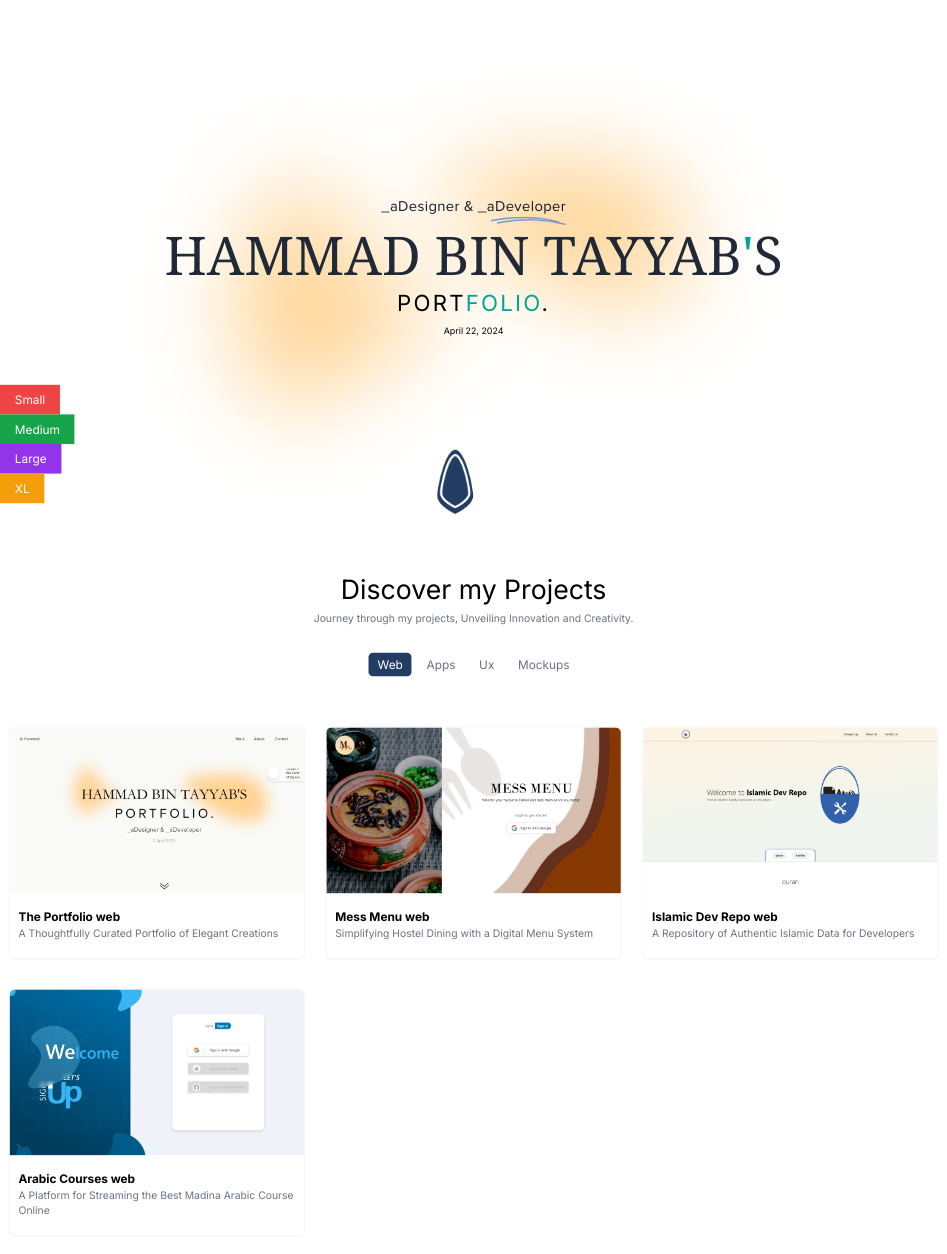
Repository: SpicierEwe/my_portfolio_v2
Page: /
The author's editor kept a copy of each file at every save. The page is drawn from the files as they stood at one save, then again after the next save.
The browser window is 1280 px wide. The pictures show the whole page, at 74% of full size.
The project was rebuilt for these pictures with package versions that can differ from the ones it lists, and the page was loaded fresh each time. The framework's server and built-in components were replaced by stand-ins that run in the browser. Also part of the build but not shown: next.config.js, core/utils/customIcons.js, core/utils/utils.tsx, core/db/sub_db_data/ux_db.js.

Above is the page before, as saved 2024-04-22 12:37:52.

### app/page.tsx
import DevicePreview from "@/Components/Device_preview/device_preview";
import HeroSection from "@/Components/Hero_section/hero_section";
import WorkSection from "@/Components/Work_section/work_section";
import Image from "next/image";

export default function Home() {
  return (
    <main>
      <div className="absolute z-30 overflow-hidden bottom-0 ">
        <DevicePreview />
      </div>
      <div className="overflow-hidden">
        <HeroSection />
      </div>

      <WorkSection />
    </main>
  );
}

### app/globals.css
@layer base {

  @font-face {
    font-family: 'Garamond';
    src: url('../public/fonts/EBGaramond-VariableFont_wght.ttf');

  }

  @font-face {
    font-family: 'Proxima Nova';
    src: url('../public/fonts/MarkSimonsonProximaNovaRegular.otf');
    font-weight: normal;
    font-style: normal;
  }


  @font-face {
    font-family: "Rage";
    src: url("../public/fonts/rage.ttf");
  }
}

@tailwind base;
@tailwind components;
@tailwind utilities;

:root {
  --foreground-rgb: 0, 0, 0;
  --background-start-rgb: 214, 219, 220;
  --background-end-rgb: 255, 255, 255;

}

@media (prefers-color-scheme: dark) {
  :root {
    --foreground-rgb: 255, 255, 255;
    --background-start-rgb: 0, 0, 0;
    --background-end-rgb: 0, 0, 0;
  }
}

body {

  /* background: #F5F5F5; */
}

### Components/Device_preview/device_preview.tsx
"use client";

import { use, useEffect, useState } from "react";

export default function DevicePreview() {
  return (
    <main className="flex flex-col justify-end ">
      {/* xs */}
      <div className=" text-right ">
        <p className="xs:bg-brand-color w-min text-white px-5 py-2">XS</p>
      </div>
      {/* sm */}
      <div className=" text-right ">
        <p className="sm:bg-red-500 w-min text-white px-5 py-2">Small</p>
      </div>
      {/* md */}
      <div className=" text-right ">
        <p className="md:bg-green-600 w-min px-5 py-2 text-white">Medium</p>
      </div>
      {/* lg */}
      <div className=" text-right ">
        <p className="lg:bg-purple-600 w-min px-5 py-2 text-white">Large</p>
      </div>
      {/* xl */}
      <div className=" text-right ">
        <p className="xl:bg-amber-500 w-min px-5 py-2 text-white">XL</p>
      </div>
      {/* 2xl */}
      <div className=" text-right ">
        <p className="2xl:bg-cyan-600 w-min px-5 py-2 text-white">2XL</p>
      </div>
    </main>
  );
}

### Components/Hero_section/hero_section.tsx
import Image from "next/image";

export default function HeroSection() {
  const devName = "Hammad Bin Tayyab";

  return (
    <section className="w-screen h-dvh overflow-hidden relative">
      <div className="absolute backdrop-blur-2xl lg:backdrop-blur-3xl w-screen h-dvh"></div>
      <div className="absolute inset-0 -z-10 h-dvh items-center w-1/2 m-auto">
        <div className="flex justify-between items-center h-full ">
          <Image
            className="animate-levitate w-96"
            src={"/images/bgs/pattern_1.png"}
            alt="pattern image"
            height={115}
            width={115}
            priority={true}
          />

          <Image
            className="animate-levitate_reverse w-96"
            src={"/images/bgs/pattern_2.png"}
            alt="pattern image"
            height={125}
            width={125}
          />
        </div>
      </div>

      <div className="h-dvh flex flex-col items-center justify-center absolute inset-0">
        <div className="relative mb-3.5">
          <p className="font-custom_sans tracking-wide text-gray-900 text-md lg:text-xl">
            _aDesigner & _aDeveloper
          </p>

          {/* Underline image */}
          <svg
            className="right-0 absolute"
            xmlns="http://www.w3.org/2000/svg"
            width="101.479"
            height="11.258"
          >
            <g
              fill="none"
              stroke="#779ace"
              strokeWidth="2"
              data-name="Group 61"
            >
              <path
                d="M.178 5.277S26.342.564 49.428 1.045A191.867 191.867 0 0 1 92.52 7.201"
                data-name="Path 27"
              />
              <path
                d="M8.864 8.372s26.164-4.713 49.25-4.232a191.867 191.867 0 0 1 43.092 6.156"
                data-name="Path 28"
              />
            </g>
          </svg>
        </div>

        {/* Developer name */}
        <h1 className="font-garmond uppercase text-gray-800 text-3xl sm:text-5xl md:text-6xl xl:text-7xl xs:whitespace-wrap text-center">
          {devName}
          <span className="text-secondary-color">&apos;</span>s
        </h1>
        {/* Title */}
        <p className="uppercase tracking-widest text-2xl mt-2 lg:mt-3 lg:text-3xl">
          Port<span className="text-secondary-color">folio</span>.
        </p>
        {/* Date */}
        <p className="text-xs mt-3 lg:text-xs">{formatDate()}</p>
      </div>
      {/* Pointer image */}
      <Image
        className="absolute w-auto h-auto bottom-2 right-1/2 animate-bounce cursor-pointer"
        src={"/images/pointer.png"}
        height={15}
        width={15}
        alt="next section pointer"
      />
    </section>
  );

  // Date display function
  function formatDate(): string {
    const options: Intl.DateTimeFormatOptions = {
      day: "numeric",
      month: "long",
      year: "numeric",
    };
    return new Date().toLocaleDateString("en-US", options);
  }
}

### Components/Work_section/work_section.tsx
"use client";

import { db } from "../../core/db/db";
import Image from "next/image";
import Link from "next/link";
import { useState } from "react";

export default function WorkSection() {
  const navItems: string[] = Object.keys(db.portfolioItems);
  const [selectedNavItemIndex, setSelectedNavItemIndex] = useState<number>(0);
  return (
    <section className="">
      {/* header */}
      <header className="flex flex-col items-center pt-14 md:pt-14">
        <h2 className="text-center text-2xl md:text-3xl lg:text-4xl">
          Discover my Projects
        </h2>
        <p className="text-center text-sm mt-2.5 text-gray-500">
          Journey through my projects, Unveiling Innovation and Creativity.
        </p>
      </header>
      {/* nav */}
      <nav>
        <ul className="flex justify-center mt-9 gap-2 flex-wrap">
          {navItems.map((item, index) => {
            const isSelected: Boolean = selectedNavItemIndex == index;
            return (
              <li
                className={`${
                  isSelected ? "bg-brand-color" : ""
                } px-3 py-1 rounded-md cursor-pointer`}
                onClick={() => setSelectedNavItemIndex(index)}
                key={index}
              >
                <Link
                  href="#"
                  className={`${
                    isSelected ? "text-white" : "text-gray-500"
                  } capitalize`}
                >
                  {item}
                </Link>
              </li>
            );
          })}
        </ul>
      </nav>

      <main>
        {/* projects */}
        <div className="grid grid-cols-1 sm:grid-cols-2 lg:grid-cols-3 gap-7 mt-14 px-3 py-3 sm:px-14 md:px-24">
          {(db.portfolioItems as any)[navItems[selectedNavItemIndex]].map(
            (item: any, index: number) => {
              const selectedNavItemName: string =
                navItems[selectedNavItemIndex];
              const projectName: string = item["projectName"];
              const imageLink: string = item["imageLink"];
              const tagLine = item["projectTagLine"];
              return (
                <div
                  key={index}
                  className="cursor-pointer shadow-sm rounded-lg overflow-hidden mb-3 border border-gray-100 hover:bg-gray-100 hover:border-gray-300
                  transition transform duration-300 ease-in-out"
                >
                  <Image
                    className="" // Group-based scaling
                    src={imageLink}
                    alt={projectName}
                    height={200}
                    width={200}
                    layout="responsive"
                  />
                  <div className="ml-3 mb-6 mt-5">
                    <p className="font-bold">
                      {projectName} {selectedNavItemName}
                    </p>
                    <p className="text-gray-500 text-sm">{tagLine}</p>
                  </div>
                </div>
              );
            }
          )}
        </div>
      </main>
    </section>
  );
}

### core/db/db.js
import { websitesDb } from "./sub_db_data/websites_db";
import { appsDb } from "./sub_db_data/apps_db";
import { uxDb } from "./sub_db_data/ux_db";
import { mockupsDb } from "./sub_db_data/mockups_db";

export const db = {
  portfolioItems: {
    web: websitesDb,
    apps: appsDb,
    ux: uxDb,
    mockups: mockupsDb,
  },
};

### core/db/sub_db_data/websites_db.js
import { embedCustomLinks } from "../../utils/utils";

export const websitesDb = [
  {
    projectName: "The Portfolio",
    projectId: "e2f9658b-f9bb-4d2c-ac8c-113a56d9204f",
    projectTagLine: "A Thoughtfully Curated Portfolio of Elegant Creations",
    link: "https://hammadtayyab.vercel.app/",
    imageLink: "/images/websites/my_portfolio.png",
    info: "This portfolio project showcases a minimalist design, highlighting my work and skills with clarity and finesse. The aim was to provide a seamless user experience and intuitive navigation, creating a comprehensive and sophisticated display of my professional journey.",
    roles: [
      "Data Analyst",
      "Designer",
      "Developer",
      "Maintainer",
      "Product Manager",
      "Tester/Quality Assurance",
      "Researcher",
      "DevOps Engineer",
      "Technical Writer",
      "Project Manager",
    ],
    techStack: [
      "NextJs",
      "React",
      "TypeScript",
      "TailwindCSS",
      "HTML",
      "CSS",
      "JavaScript",
      "Git",
      "Vercel",
    ],
  },
  {
    projectId: "566ec8d6-4d5d-4f22-9580-2c574f7122fb",
    projectName: "Mess Menu",
    projectTagLine: "Simplifying Hostel Dining with a Digital Menu System",
    link: "https://messmenu.vercel.app/",
    imageLink: "/images/websites/mess_menu.png",
    info: "This project streamlines the process of hostel dining by offering a digital menu system for students. Monthly menus are curated through community voting, allowing students to have a say in their dining options. Originating from a friend's final year project, the focus was on user-centric design and functionality, ensuring a seamless experience for all users.",
    roles: [
      "Data Analyst",
      "Designer",
      "Developer",
      "Maintainer",
      "Product Manager",
      "Tester/Quality Assurance",
      "Researcher",
      "DevOps Engineer",
      "Technical Writer",
      "Project Manager",
    ],
    techStack: [
      "NextJs",
      "React",
      "HTML",
      "CSS",
      "JavaScript",
      "Git",
      "Vercel",
      "Firebase",
      "Firebase Auth",
    ],
  },
  {
    projectId: "e3a52953-0a4d-43c3-b874-bd55925f6a7e",
    projectName: "Islamic Dev Repo",
    projectTagLine: "A Repository of Authentic Islamic Data for Developers",
    link: "https://islamic-dev-repo.vercel.app/",
    imageLink: "/images/websites/islamic_dev_repo.png",
    info: "This project offers developers a curated repository of reliable Islamic data that can be seamlessly integrated into various applications. With a focus on authenticity and compatibility across multiple devices, this repository provides a trustworthy source of information for developers working on Islamic-related projects.",
    roles: [
      "Data Analyst",
      "Designer",
      "Developer",
      "Maintainer",
      "Product Manager",
      "Tester/Quality Assurance",
      "Researcher",
      "DevOps Engineer",
      "Technical Writer",
      "Project Manager",
    ],
    techStack: [
      "NextJs",
      "React",
      "HTML",
      "CSS",
      "JavaScript",
      "Git",
      "Vercel",
      "Python",
    ],
  },
  {
    projectId: "87693335-b9d6-434c-8428-5d8266482050",
    projectName: "Arabic Courses",
    projectTagLine:
      "A Platform for Streaming the Best Madina Arabic Course Online",
    link: "https://arabiccourses.vercel.app/",
    imageLink: "/images/websites/arabic_courses.png",
    info: `The goal of this project was to establish an online platform for the popular Madina Arabic course, allowing users to stream videos from the cloud and track their progress. Initially, the videos were only available for download, but this platform offers a more convenient streaming experience. You can learn more about the course at ${embedCustomLinks(
      {
        link: "https://abdurrahman.org/arabic-learning/dvds/",
        title: "AbdurRahman.Org",
      }
    )}. Arabic Courses enhances accessibility and convenience for users, making the learning process smoother and more enjoyable.`,
    roles: [
      "Data Analyst",
      "Designer",
      "Developer",
      "Maintainer",
      "Product Manager",
      "Tester/Quality Assurance",
      "Researcher",
      "DevOps Engineer",
      "Technical Writer",
      "Project Manager",
    ],
    techStack: [
      "NextJs",
      "React",
      "HTML",
      "CSS",
      "JavaScript",
      "Git",
      "Vercel",
      "Firebase",
      "Firebase Auth",
    ],
  },
];

### core/db/sub_db_data/apps_db.js
import { embedCustomLinks } from "../../utils/utils";

export const appsDb = [
  {
    projectId: "38384ae3-5586-40be-b025-c9c3ad1094ef",
    projectName: "al Qur'an",
    projectTagLine: "All about the Qur'an in one app.",

    link: "https://play.google.com/store/apps/details?id=com.spicierewe.al_quran",

    imageLink: "/images/apps/al_quran.png",

    info: `The "al Qur'an" app offers a comprehensive experience of the Qur'an for users around the world. It includes a wide range of translations in various languages, tafseer (exegesis), access to over 49 reciters and translators, and much more. All data is sourced from the reliable platform ${embedCustomLinks(
      { link: "https://quran.com", title: "quran.com" }
    )}.`,

    roles: [
      "Data Analyst",
      "Designer",
      "Developer",
      "Maintainer",
      "Product Manager",
      "Tester/Quality Assurance",
      "Researcher",
      "DevOps Engineer",
      "Technical Writer",
      "Project Manager",
    ],

    techStack: ["Flutter", "Dart", "Git", "Adobe XD"],

    platforms: ["Android"],
  },
  {
    projectId: "1eeb435f-acbd-41e8-b826-440959bb6a57",
    projectName: "Riddle Me",
    projectTagLine: "Riddle Me: Unraveling Minds, One Clue at a Time!",

    link: "https://play.google.com/store/apps/details?id=com.spicierewe.RiddleMe",

    imageLink: "/images/apps/riddle_me.png",

    info: "Riddle Me is an engaging and challenging game designed to test your intelligence and problem-solving skills. This game stimulates creative thinking and encourages you to approach problems from different perspectives.",

    roles: [
      "Data Analyst",
      "Designer",
      "Developer",
      "Maintainer",
      "Product Manager",
      "Tester/Quality Assurance",
      "Researcher",
      "DevOps Engineer",
      "Technical Writer",
      "Project Manager",
    ],

    techStack: ["Flutter", "Dart", "Git", "Adobe XD"],

    platforms: ["Android"],
  },
  {
    projectId: "2ae7005c-16e2-4fe5-b7b0-20f5f826321e",
    projectName: "Food Deals",
    projectTagLine: "Find the best food deals at your fingertips.",

    link: "https://play.google.com/store/apps/details?id=com.spicierewe.food_deals",

    imageLink: "/images/apps/food_deals.png",

    info: "Food Deals is an app that helps users discover the best offers and discounts on their favorite food delivery services. Save money and enjoy your favorite meals by comparing prices across different platforms.",

    roles: [
      "Data Analyst",
      "Designer",
      "Developer",
      "Maintainer",
      "Product Manager",
      "Tester/Quality Assurance",
      "Researcher",
      "DevOps Engineer",
      "Technical Writer",
      "Project Manager",
    ],

    techStack: ["Flutter", "Dart", "Git", "Adobe XD"],

    platforms: ["Android"],
  },
  {
    projectId: "627de94f-59b4-4f85-bcf4-df6fbf22714e",
    projectName: "Hadith Collection",
    projectTagLine: "Access authentic hadiths of the Prophet Muhammad (pbuh).",

    link: "https://play.google.com/store/apps/details?id=com.spicierewe.ahadith_collection",

    imageLink: "/images/apps/ahadith_collection.png",

    info: `The "Hadith Collection" app provides a comprehensive and authentic collection of hadiths of the Prophet Muhammad (pbuh). It includes data from various reputable sources such as ${embedCustomLinks(
      { link: "https://sunnah.com", title: "sunnah.com" }
    )} for Arabic and English, and ${embedCustomLinks({
      link: "https://github.com/pakjiddat/islam-companion-web-api",
      title: "islam-companion-web-api",
    })} for Urdu data.`,

    roles: [
      "Data Analyst",
      "Designer",
      "Developer",
      "Maintainer",
      "Product Manager",
      "Tester/Quality Assurance",
      "Researcher",
      "DevOps Engineer",
      "Technical Writer",
      "Project Manager",
    ],

    techStack: ["Flutter", "Dart", "Git", "Adobe XD"],

    platforms: ["Android"],
  },
  {
    projectId: "7468bdef-5b24-454e-ae99-dd0a558441d7",
    projectName: "Study Practice",
    projectTagLine: "Practice makes perfect.",

    link: "https://play.google.com/store/apps/details?id=com.spicierewe.study_practice",

    imageLink: "/images/apps/study_practice.png",

    info: "Study Practice is a study companion app designed to help students prepare for competitive exams such as NEET and JEE. The app offers past exam questions, mock tests, and real-time progress tracking along with official study material.",

    roles: [
      "Data Analyst",
      "Designer",
      "Developer",
      "Maintainer",
      "Product Manager",
      "Tester/Quality Assurance",
      "Researcher",
      "DevOps Engineer",
      "Technical Writer",
      "Project Manager",
    ],

    techStack: ["Flutter", "Dart", "Git", "Adobe XD"],

    platforms: ["Android"],
  },
];

### core/db/sub_db_data/mockups_db.js
export const mockupsDb = [
  {
    phone_mockup_links: [],
    other_mockup_links: [
      "/images/mockups/eat_healthy_mockup.svg",
      "/images/mockups/bot_mockup_theme_light.svg",
      "/images/mockups/bot_mockup_theme_dark.svg",
      "/images/mockups/the_perfume_lab_price_list.png",
      "/images/mockups/noraty_business_hero_section.svg",
      "/images/mockups/gr_showcase.png",
      "/images/mockups/just_moved_showcase.png",
      "/images/mockups/archer_product_design.png",
      "/images/mockups/the_connection_poster.png",
      "/images/mockups/social_flow_flyer.png",
      "/images/mockups/LVD_roll_up_banner.png",
      "/images/mockups/ATS_flyer.png",
    ],
  },
];

### tailwind.config.js
const { reverse } = require("dns");
const defaultTheme = require("tailwindcss/defaultTheme");

/** @type {import('tailwindcss').Config} */
module.exports = {
  content: [
    "./pages/**/*.{js,ts,jsx,tsx,mdx}",
    "./components/**/*.{js,ts,jsx,tsx,mdx}",
    "./app/**/*.{js,ts,jsx,tsx,mdx}",
    "./core/**/*.{js,ts,jsx,tsx,mdx}",
  ],
  theme: {
    extend: {
      screens: { xs: { max: "640px" } },

      maxWidth: {
        "120rem": "120rem",
      },

      backgroundImage: {
        "gradient-radial": "radial-gradient(var(--tw-gradient-stops))",
        "gradient-conic":
          "conic-gradient(from 180deg at 50% 50%, var(--tw-gradient-stops))",
      },

      colors: {
        "brand-color": "#223c63",
        "primary-color": "#ffffff",
        "secondary-color": "#00A699",
        "accent-color": "#779ace",
      },

      keyframes: {
        wiggle: {
          "0%, 100%": { transform: "rotate(-3deg)" },
          "50%": { transform: "rotate(3deg)" },
        },

        levitate: {
          "0%": { transform: "translateY(50px)" },
          "50%": { transform: "translateY(-30px)  scale(1.1)" },
          "100%": { transform: "translateY(50px)" },
        },
        levitate_reverse: {
          "0%": { transform: "translateY(-90px)" },
          "50%": { transform: "translateY(30px)  scale(1.1)" },
          "100%": { transform: "translateY(-90px)" },
        },
      },

      animation: {
        "spin-slow": "spin 3s linear infinite",
        wiggle: "wiggle 1s ease-in-out infinite",
        levitate: "levitate 5s ease-in-out infinite",
        levitate_reverse: "levitate_reverse 5s ease-in-out infinite reverse",
      },

      fontFamily: {
        garmond: ["Garmond", ...defaultTheme.fontFamily.serif],
        custom_sans: ["Proxima Nova", ...defaultTheme.fontFamily.sans],
      },

      height: {
        dvh: "100dvh",
      },
    },
  },

  variants: {
    backgroundColor: ["responsive", "hover", "focus", "active"],
  },

  plugins: [],
};

Loaded but not shown: app/layout.tsx (common file)

After the next save:
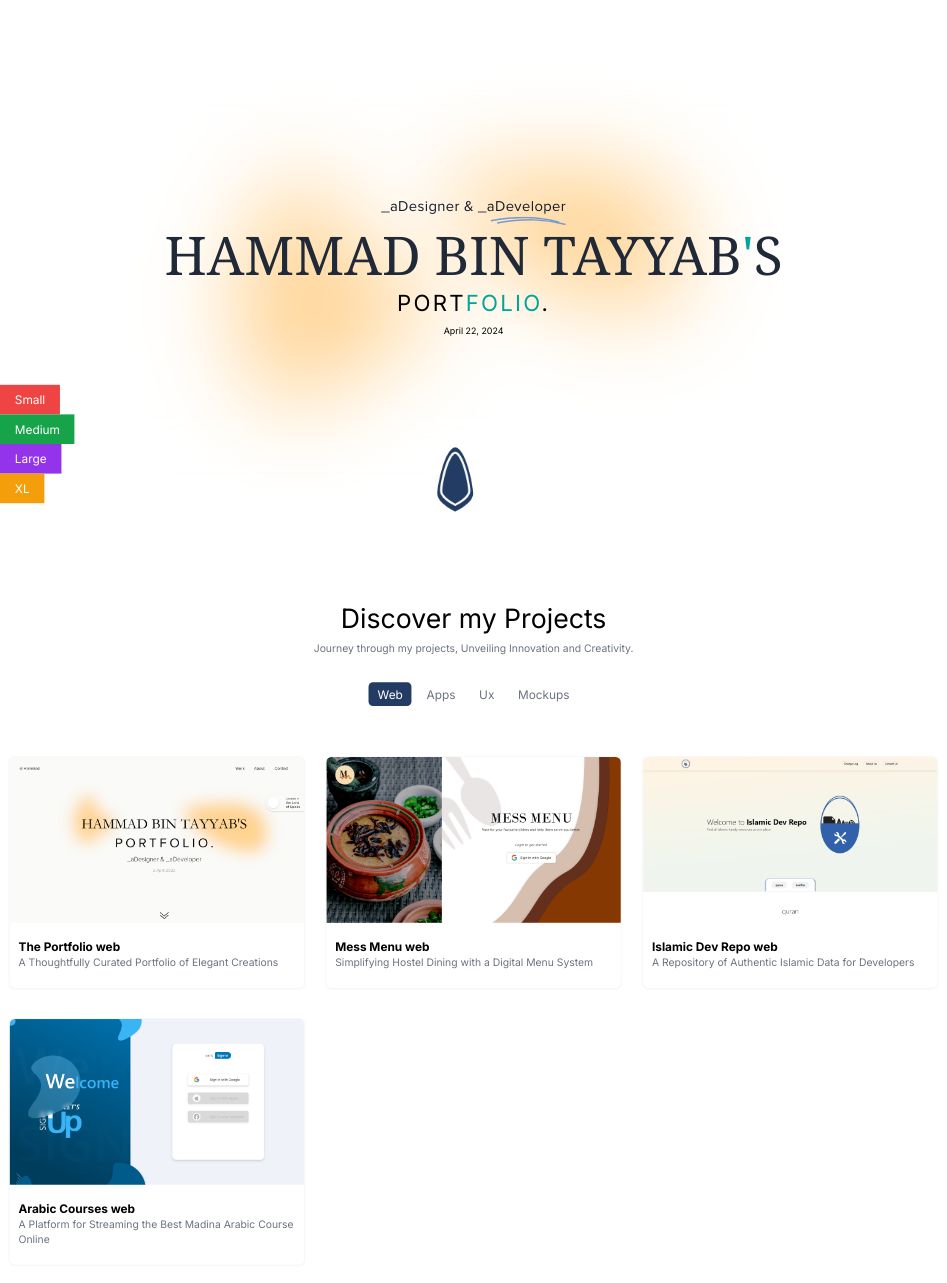
Saved 16 s later.
--- a/Components/Work_section/work_section.tsx
+++ b/Components/Work_section/work_section.tsx
@@ -11,7 +11,7 @@ export default function WorkSection() {
   return (
     <section className="">
       {/* header */}
-      <header className="flex flex-col items-center pt-14 md:pt-14">
+      <header className="flex flex-col items-center pt-14 md:pt-24">
         <h2 className="text-center text-2xl md:text-3xl lg:text-4xl">
           Discover my Projects
         </h2>
